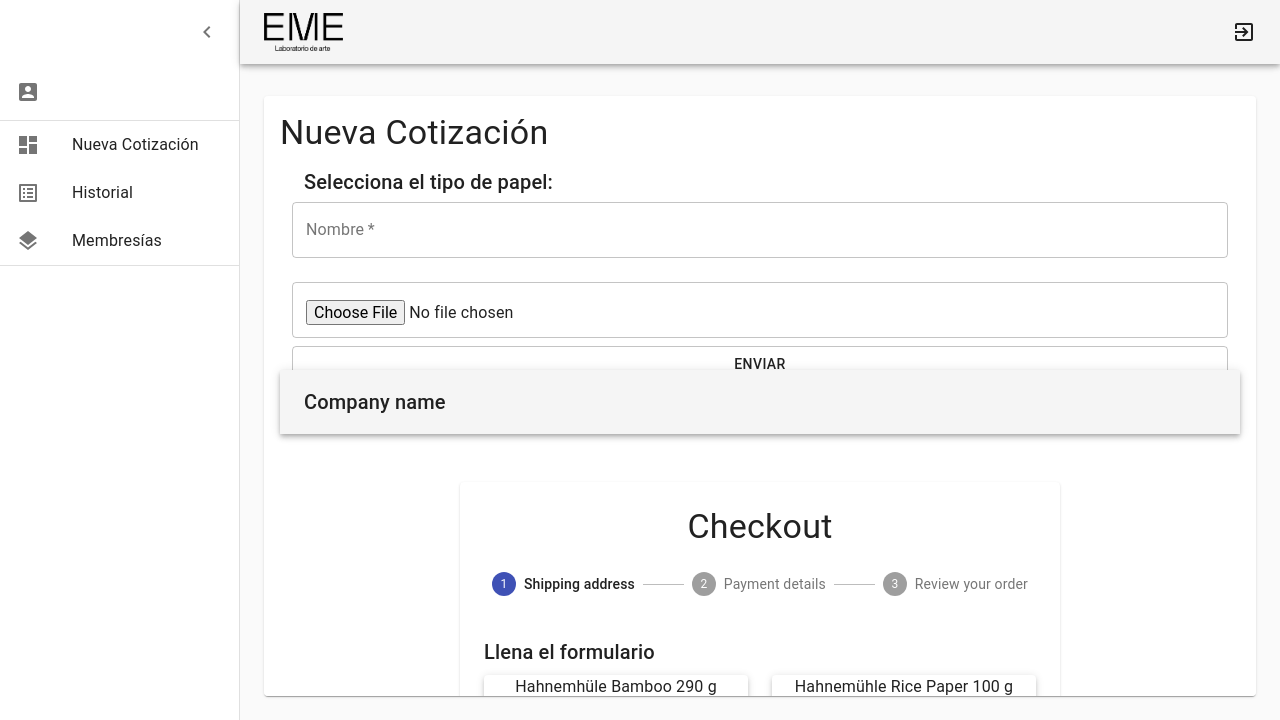
Repository: BrendaCarranco/eme-lab
Page: /Trabajo
The author's editor kept a copy of each file at every save. The page is drawn from the files as they stood at one save, then again after the next save.
The browser window is 1280 px wide. The pictures show the whole page.
An inner scrolling area shows only its first screen. Some web libraries are served in a nearby version. The project was rebuilt for these pictures with package versions that can differ from the ones it lists, and the page was loaded fresh each time. Also part of the build but not shown: src/components/buildingPage/Building.js, src/temaConfig.js, src/components/buildingPage/Landing.js, src/components/login/Reset.js, src/components/Dashboard/Historial.js, src/components/Dashboard/Membresias.js, src/components/Dashboard/SizeForm.js, src/components/Dashboard/Review.js and 6 more.

Above is the page before, as saved 2020-08-30 20:03:10.

### public/index.html
<!DOCTYPE html>
<html lang="en">

<head>
  <meta charset="utf-8" />

  <meta name="viewport" content="width=device-width, initial-scale=1" />
  <meta name="theme-color" content="#000000" />
  <meta name="description" content="Web site created using create-react-app" />
  <link rel="icon" type="image/png" href="/eme-icon.png">


  </style>

  <!--
      manifest.json provides metadata used when your web app is installed on a
      user's mobile device or desktop. See https://developers.google.com/web/fundamentals/web-app-manifest/
    -->
  <link rel="manifest" href="%PUBLIC_URL%/manifest.json" />
  <!-- CSS only -->
  <link rel="stylesheet" href="https://stackpath.bootstrapcdn.com/bootstrap/4.5.2/css/bootstrap.min.css"
    integrity="sha384-JcKb8q3iqJ61gNV9KGb8thSsNjpSL0n8PARn9HuZOnIxN0hoP+VmmDGMN5t9UJ0Z" crossorigin="anonymous">

  <!--
      Notice the use of %PUBLIC_URL% in the tags above.
      It will be replaced with the URL of the `public` folder during the build.
      Only files inside the `public` folder can be referenced from the HTML.

      Unlike "/favicon.ico" or "favicon.ico", "%PUBLIC_URL%/favicon.ico" will
      work correctly both with client-side routing and a non-root public URL.
      Learn how to configure a non-root public URL by running `npm run build`.
    -->
  <title>EME Laboratorio de arte</title>
</head>

<body>
  <noscript>You need to enable JavaScript to run this app.</noscript>
  <div id="root"></div>
  <!--
      This HTML file is a template.
      If you open it directly in the browser, you will see an empty page.

      You can add webfonts, meta tags, or analytics to this file.
      The build step will place the bundled scripts into the <body> tag.

      To begin the development, run `npm start` or `yarn start`.
      To create a production bundle, use `npm run build` or `yarn build`.
    -->
  <!-- Compiled and minified JavaScript -->

  <script src="https://code.jquery.com/jquery-3.2.1.slim.min.js"
    integrity="sha384-KJ3o2DKtIkvYIK3UENzmM7KCkRr/rE9/Qpg6aAZGJwFDMVNA/GpGFF93hXpG5KkN"
    crossorigin="anonymous"></script>
  <script src="https://cdnjs.cloudflare.com/ajax/libs/popper.js/1.12.9/umd/popper.min.js"
    integrity="sha384-ApNbgh9B+Y1QKtv3Rn7W3mgPxhU9K/ScQsAP7hUibX39j7fakFPskvXusvfa0b4Q"
    crossorigin="anonymous"></script>
  <script src="https://maxcdn.bootstrapcdn.com/bootstrap/4.0.0/js/bootstrap.min.js"
    integrity="sha384-JZR6Spejh4U02d8jOt6vLEHfe/JQGiRRSQQxSfFWpi1MquVdAyjUar5+76PVCmYl"
    crossorigin="anonymous"></script>
</body>

</html>

### src/App.js
import React, { useEffect, useState, useContext } from 'react';
import { BrowserRouter, Switch, Route } from 'react-router-dom';
import { firebase } from './firebase';
import Building from './components/buildingPage/Building';
import Landing from './components/buildingPage/Landing';
import Reset from './components/login/Reset';
import Dashboard from './components/Dashboard/Dashboard';
import SignInSide from './components/login/SignInSide';
import Admin from './components/admin/Admin';

import { UserContext } from './context/UserProvider';
import NoMember from './components/Dashboard/NoMember';

function App() {

  const [firebaseUser, setFirebaseUser] = useState(null);
  const [fbName, setFbName] = useState('');
  const [fbMail, setFbMail] = useState('');
  const [usersFiles, setUsersFiles] = useState([]);


  const { userProvider } = useContext(UserContext);


  //Observador
  useEffect(() => {
    firebase.auth().onAuthStateChanged(user => {
      console.log(user);
      if (user) {
        setFbName(user.displayName);
        setFbMail(user.email);
        setFirebaseUser(user);
      } else {
        setFirebaseUser(null);
        return;
      }
    });
  }, [firebaseUser]);

  return (
    <BrowserRouter>
      <Switch>
        <Route exact path='/'>
          <Landing />
        </Route>
        {/*
        <Route path='/admin'>
          <Admin usersFiles={usersFiles} />
        </Route> */}

        <Route path='/dashboard'>

          {
            userProvider.role === 'Admin' && <Admin usersFiles={usersFiles} />
          }
          {
            userProvider.role === 'Miembro' && <Dashboard firebaseUser={firebaseUser} setUsersFiles={setUsersFiles} usersFiles={usersFiles} fbMail={fbMail} />
          }
          {
            userProvider.role === 'Invitado' && <NoMember />
          }



        </Route>

        <Route path='/signin'>
          <SignInSide />
        </Route>

        <Route path='/Admin'>
          <Admin />
        </Route>

        <Route path='/Trabajo'>
          <Dashboard />
        </Route>



      </Switch>
    </BrowserRouter>
  );
}

export default App;

### src/context/UserProvider.js
import React, { createContext, useEffect } from 'react';
import { useState } from 'react';
import { firebase } from '../firebase';

export const UserContext = createContext();

const UserProvider = (props) => {

    const dataInitialUser = {
        email: null,
        uid: null,
        role: 'Invitado',
        displayName: null
    };

    const [userProvider, setUserProvider] = useState(dataInitialUser);


    useEffect(() => {
        detectUser();
    }, []);

    const detectUser = () => {
        firebase.auth().onAuthStateChanged(user => {
            if (user) {
                console.log(user, 'user provider');
                user.getIdTokenResult()
                    .then(idTokenResult => {
                        console.log(idTokenResult, 'token');
                        if (!!idTokenResult.claims.Admin) {
                            console.log('es admin');
                            setUserProvider({
                                email: user.email,
                                uid: user.uid,
                                displayName: user.displayName,
                                role: 'Admin'

                            });
                        } else if (!!idTokenResult.claims.Member) {
                            console.log('es miembro');
                            setUserProvider({
                                email: user.email,
                                uid: user.uid,
                                displayName: user.displayName,
                                role: 'Miembro'
                            });
                        } else {
                            console.log('es invitado');
                            setUserProvider({
                                email: user.email,
                                uid: user.uid,
                                displayName: user.displayName,
                                role: 'Invitado'

                            });
                        }
                    }
                    );

            } else {
                console.log(user, 'user provider null');
            }
        });
    };

    const userRegister = async (email, password, name) => {
        try {
            const res = await firebase.auth().createUserWithEmailAndPassword(email, password);
            const collection = await firebase.firestore().collection('usuarios').doc(res.user.email).get();

            if (!collection.exists) {
                await firebase.firestore().collection('usuarios').doc(res.user.email).set({
                    email: res.user.email,
                    uid: res.user.uid,
                    role: 'Invitado',
                    displayName: name
                });
                let current = firebase.auth().currentUser;
                current.updateProfile({
                    displayName: name
                });

            }

        } catch (error) {
            console.log(error);
        }
        firebase.auth().signOut();
    };

    return (
        <UserContext.Provider value={{ userProvider, userRegister }} >
            {props.children}
        </UserContext.Provider>
    );
};

export default UserProvider;

### src/firebase.js
import firebase from 'firebase/app';
import 'firebase/auth';
import 'firebase/firestore';
import 'firebase/storage';
import 'firebase/functions';

const firebaseConfig = {
    apiKey: "AIzaSyB1b8DSEsphXC6iROi09Go8DnzwT9N6RYY",
    authDomain: "eme-lab.firebaseapp.com",
    databaseURL: "https://eme-lab.firebaseio.com",
    projectId: "eme-lab",
    storageBucket: "eme-lab.appspot.com",
    messagingSenderId: "906776180001",
    appId: "1:906776180001:web:939db4508539931fda3a60"
};
// Initialize Firebase
firebase.initializeApp(firebaseConfig);

export { firebase };

### src/components/Dashboard/Cotizacion.js
import React, { useState } from 'react';
import { firebase } from '../../firebase';
import moment from 'moment';
import 'moment/locale/es';

import Container from '@material-ui/core/Container';
import { makeStyles } from '@material-ui/core/styles';
import Typography from '@material-ui/core/Typography';
import Title from './Title';
import TextField from '@material-ui/core/TextField';
import Button from '@material-ui/core/Button';
import Grid from '@material-ui/core/Grid';


const useStyles = makeStyles((theme) => ({
  paper: {
      margin: theme.spacing(1),
  },
}));

const Cotizacion = ({ firebaseUser, setUsersFiles, usersFiles }) => {
  const classes = useStyles();
  const [fileUrl, setFileUrl] = useState(null);
  const [input, setInput] = useState('');
  //const [usersFiles, setUsersFiles] = useState([]);

  let time = Date.now();
  let timeFormat = moment(time).format('LLL');

  const handleChangeFile = async e => {
    const file = e.target.files[0];
    const storageRef = firebase.storage().ref('Cotizaciones').child(firebaseUser.email);
    const fileRef = storageRef.child(file.name);
    await fileRef.put(file);
    setFileUrl(await fileRef.getDownloadURL());
  };

  const handleSubmit = e => {
    e.preventDefault();
    //console.log('submit');

    const username = e.target.username.value;
    setInput(username);
    if (!username) {
      return;
    }

    const newUserFile = {
      name: username,
      fileLink: fileUrl,
      date: timeFormat,
      email: firebaseUser.email,
      user: firebaseUser.displayName,
      status: 'Pendiente'
    };
    //esta sube la imegen
    firebase.firestore().collection('files').doc().set(newUserFile);
    setUsersFiles([
      ...usersFiles,
      { ...newUserFile }

    ]);
    setInput('');
    setFileUrl('');
    return alert('archivo subido');
  };

  /*   const emailUpdate = async () => {
      const a = await firebase.auth().onAuthStateChanged(function (user) {
        if (user) {
          setUserEmail(user.email);
          return;
          // User is signed in.
        } else {
          return;
        }
      });
    };
    emailUpdate();

    useEffect(() => {
      const fetchUsersFiles = async () => {
        const usersFilesCollection = await firebase.firestore().collection('files').where("email", "==", userEmail).get();
        setUsersFiles(usersFilesCollection.docs.map(doc => {
          return doc.data();
        }));
      };
      fetchUsersFiles();
    }, [setUsersFiles, userEmail]);

    console.log(usersFiles); */


  return (
    <React.Fragment>
      <Title>Nueva Cotización</Title>
      <Container maxWidth="m">
        <Typography variant="h6" color="initial">
          Selecciona el tipo de papel:
       </Typography>
        <form onSubmit={handleSubmit}>
        <Grid container spacing={3}>

          <TextField
            variant="outlined"
            margin="normal"
            required
            fullWidth
            id="outlined-basic"
            label="Nombre"
            name='username'
            onChange={e => setInput(e.target.value)}
            value={input}

          />

          <TextField
            variant="outlined"
            margin="normal"
            required
            fullWidth
            id="outlined-basic"
            name='file'
            type='file'
            onChange={handleChangeFile}
          />
          <Button
            type="submit"
            fullWidth
            variant="outlined"
            color="default"
          >Enviar</Button>


          </Grid>
        </form>
      </Container>
    </React.Fragment>


  );
};

export default Cotizacion;

### src/components/Dashboard/Checkout.js
import React from 'react';
import { makeStyles } from '@material-ui/core/styles';
import CssBaseline from '@material-ui/core/CssBaseline';
import AppBar from '@material-ui/core/AppBar';
import Toolbar from '@material-ui/core/Toolbar';
import Paper from '@material-ui/core/Paper';
import Stepper from '@material-ui/core/Stepper';
import Step from '@material-ui/core/Step';
import StepLabel from '@material-ui/core/StepLabel';
import Button from '@material-ui/core/Button';
import Link from '@material-ui/core/Link';
import Typography from '@material-ui/core/Typography';
import PaperForm from './PaperForm';
import SizeForm from './SizeForm';
import Review from './Review';

function Copyright() {
  return (
    <Typography variant="body2" color="textSecondary" align="center">
      {'Copyright © '}
      <Link color="inherit" href="https://material-ui.com/">
        Your Website
      </Link>{' '}
      {new Date().getFullYear()}
      {'.'}
    </Typography>
  );
}

const useStyles = makeStyles((theme) => ({
  appBar: {
    position: 'relative',
  },
  layout: {
    width: 'auto',
    marginLeft: theme.spacing(2),
    marginRight: theme.spacing(2),
    [theme.breakpoints.up(600 + theme.spacing(2) * 2)]: {
      width: 600,
      marginLeft: 'auto',
      marginRight: 'auto',
    },
  },
  paper: {
    marginTop: theme.spacing(3),
    marginBottom: theme.spacing(3),
    padding: theme.spacing(2),
    [theme.breakpoints.up(600 + theme.spacing(3) * 2)]: {
      marginTop: theme.spacing(6),
      marginBottom: theme.spacing(6),
      padding: theme.spacing(3),
    },
  },
  stepper: {
    padding: theme.spacing(3, 0, 5),
  },
  buttons: {
    display: 'flex',
    justifyContent: 'flex-end',
  },
  button: {
    marginTop: theme.spacing(3),
    marginLeft: theme.spacing(1),
  },
}));

const steps = ['Shipping address', 'Payment details', 'Review your order'];

function getStepContent(step) {
  switch (step) {
    case 0:
      return <PaperForm />;
    case 1:
      return <SizeForm />;
    case 2:
      return <Review />;
    default:
      throw new Error('Unknown step');
  }
}

export default function Checkout() {
  const classes = useStyles();
  const [activeStep, setActiveStep] = React.useState(0);

  const handleNext = () => {
    setActiveStep(activeStep + 1);
  };

  const handleBack = () => {
    setActiveStep(activeStep - 1);
  };

  return (
    <React.Fragment>
      <CssBaseline />
      <AppBar position="absolute" color="default" className={classes.appBar}>
        <Toolbar>
          <Typography variant="h6" color="inherit" noWrap>
            Company name
          </Typography>
        </Toolbar>
      </AppBar>
      <main className={classes.layout}>
        <Paper className={classes.paper}>
          <Typography component="h1" variant="h4" align="center">
            Checkout
          </Typography>
          <Stepper activeStep={activeStep} className={classes.stepper}>
            {steps.map((label) => (
              <Step key={label}>
                <StepLabel>{label}</StepLabel>
              </Step>
            ))}
          </Stepper>
          <React.Fragment>
            {activeStep === steps.length ? (
              <React.Fragment>
                <Typography variant="h5" gutterBottom>
                  Thank you for your order.
                </Typography>
                <Typography variant="subtitle1">
                  Your order number is #2001539. We have emailed your order confirmation, and will
                  send you an update when your order has shipped.
                </Typography>
              </React.Fragment>
            ) : (
              <React.Fragment>
                {getStepContent(activeStep)}
                <div className={classes.buttons}>
                  {activeStep !== 0 && (
                    <Button onClick={handleBack} className={classes.button}>
                      Back
                    </Button>
                  )}
                  <Button
                    variant="contained"
                    color="primary"
                    onClick={handleNext}
                    className={classes.button}
                  >
                    {activeStep === steps.length - 1 ? 'Place order' : 'Next'}
                  </Button>
                </div>
              </React.Fragment>
            )}
          </React.Fragment>
        </Paper>
        <Copyright />
      </main>
    </React.Fragment>
  );
}

### src/components/Dashboard/Title.js

import React from 'react';
import PropTypes from 'prop-types';
import Typography from '@material-ui/core/Typography';

export default function Title(props) {
  return (
    <Typography component="h2" variant="h4" color="default" gutterBottom>
      {props.children}
    </Typography>
  );
}

Title.propTypes = {
  children: PropTypes.node,
};

### src/components/Dashboard/PaperForm.js
import React, { useState }  from 'react';
import { firebase } from '../../firebase';
import moment from 'moment';
import 'moment/locale/es';

import Grid from '@material-ui/core/Grid';
import Typography from '@material-ui/core/Typography';
import TextField from '@material-ui/core/TextField';
import FormControlLabel from '@material-ui/core/FormControlLabel';
import Checkbox from '@material-ui/core/Checkbox';
import Paper from '@material-ui/core/Paper';


export default function PaperForm({ firebaseUser, setUsersFiles, usersFiles }) {
    const [fileUrl, setFileUrl] = useState(null);
    const [input, setInput] = useState('');


    let time = Date.now();
    let timeFormat = moment(time).format('LLL');

    const handleChangeFile = async e => {
      const file = e.target.files[0];
      const storageRef = firebase.storage().ref('Cotizaciones').child(firebaseUser.email);
      const fileRef = storageRef.child(file.name);
      await fileRef.put(file);
      setFileUrl(await fileRef.getDownloadURL());
    };

    const handleSubmit = e => {
      e.preventDefault();
      //console.log('submit');

      const username = e.target.username.value;
      setInput(username);
      if (!username) {
        return;
      }

      const newUserFile = {
        name: username,
        fileLink: fileUrl,
        date: timeFormat,
        email: firebaseUser.email,
        user: firebaseUser.displayName,
        status: 'Pendiente'
      };
      //esta sube la imegen
      firebase.firestore().collection('files').doc().set(newUserFile);
      setUsersFiles([
        ...usersFiles,
        { ...newUserFile }

      ]);
      setInput('');
      setFileUrl('');
      return alert('archivo subido');
    };
  return (
    <React.Fragment>
      <Typography variant="h6" gutterBottom>
        Llena el formulario
      </Typography>
      <Grid container spacing={3}>

        <Grid item xs={12} sm={6}>
          <Paper elevation={3}>
            <Typography align="center">
              Hahnemhüle Bamboo  290 g
            </Typography>
            <Checkbox/>
          </Paper>
          </Grid>
          <Grid item xs={12} sm={6}>
          <Paper elevation={3}>
            <Typography align="center">
            Hahnemühle Rice Paper 100 g
            </Typography>
            <Checkbox/>
          </Paper>
          </Grid>
          <Grid item xs={12} sm={6}>
          <Paper elevation={3}>
            <Typography align="center">
            Hahnemühle Photo Matt Fibre 200g
            </Typography>
            <Checkbox/>
          </Paper>
          </Grid>
          <Grid item xs={12} sm={6}>
          <Paper elevation={3}>
            <Typography align="center">
            Hahnemühle Photo Silk Baryta 310 g
            </Typography>
            <Checkbox/>
          </Paper>
          </Grid>
          <Grid item xs={12} sm={6}>
          <Paper elevation={3}>
            <Typography align="center">
            EPSON Pap. Enhanced Mate
            </Typography>
            <Checkbox/>
          </Paper>
          </Grid><TextField
             variant="outlined"
             margin="normal"
             required
             fullWidth
             id="outlined-basic"
             label="Nombre"
             name='username'
             onChange={e => setInput(e.target.value)}
             value={input}
          />
           <TextField
            variant="outlined"
            margin="normal"
            required
            fullWidth
            id="outlined-basic"
            name='file'
            type='file'
            onChange={handleChangeFile}
          />

        <Typography variant="h6" gutterBottom>
        Selecciona el tipo de papel.
      </Typography>
      <Grid item xs={12} sm={12}>

      </Grid>

      </Grid>
    </React.Fragment>
  );
}

Loaded but not shown: src/index.js (common file); src/index.css (common file); src/serviceWorker.js (common file); src/components/Dashboard/Dashboard.js (298 lines, source omitted)

After the next save:
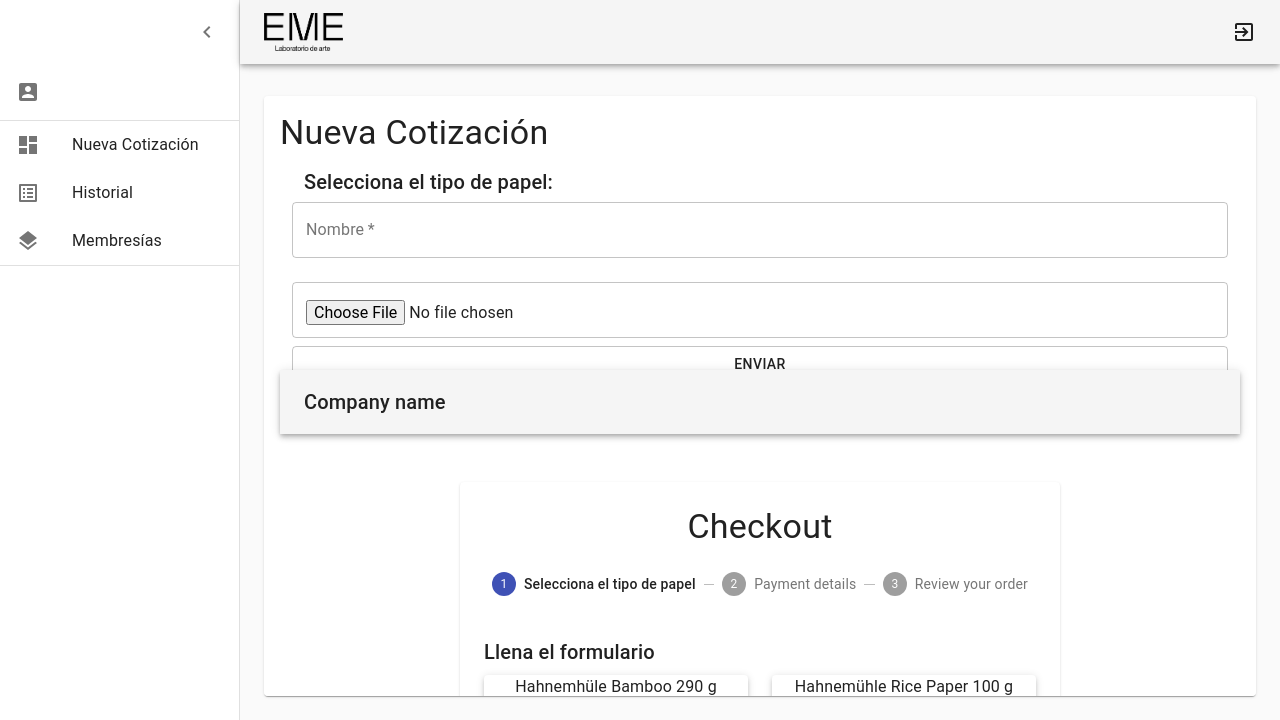
Saved 26 s later.
--- a/src/components/Dashboard/Checkout.js
+++ b/src/components/Dashboard/Checkout.js
@@ -64,7 +64,7 @@ const useStyles = makeStyles((theme) => ({
   },
 }));
 
-const steps = ['Shipping address', 'Payment details', 'Review your order'];
+const steps = ['Selecciona el tipo de papel', 'Payment details', 'Review your order'];
 
 function getStepContent(step) {
   switch (step) {
